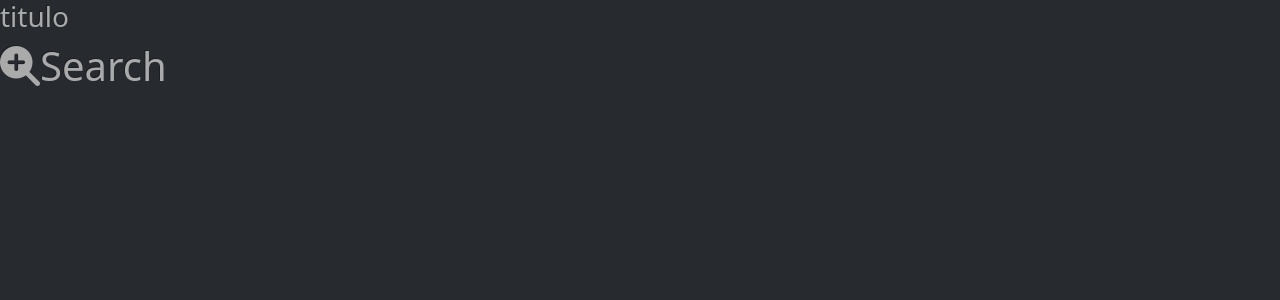
Repository: cargugati/lista_tarefas
Page: frontEnd/index.html
These files come from the project's save history. The page is drawn as it stood at one moment and after the next save; the edit follows.
The browser window is 1280 px wide. The pictures show the whole page.

Above is the page before, as saved 2023-03-16 09:40:19.

After the next save:
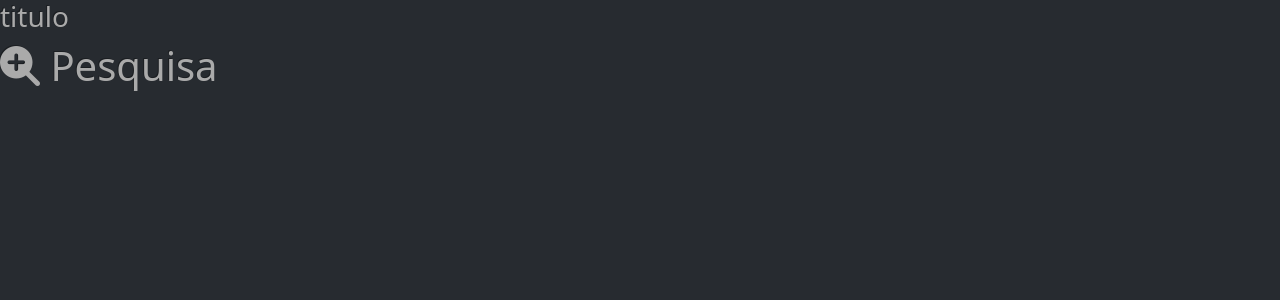
Saved 114 s later.
--- a/frontEnd/index.html
+++ b/frontEnd/index.html
@@ -13,7 +13,7 @@
 <body>
   <h3>titulo</h3>
 
-  <h1><i class="fa-solid fa-magnifying-glass-plus"></i>Search</h1>
+  <h1><i class="fa-solid fa-magnifying-glass-plus"></i> Pesquisa</h1>
 
   <script src="assets/js/bootstrap.bundle.min.js"></script>
 </body>
